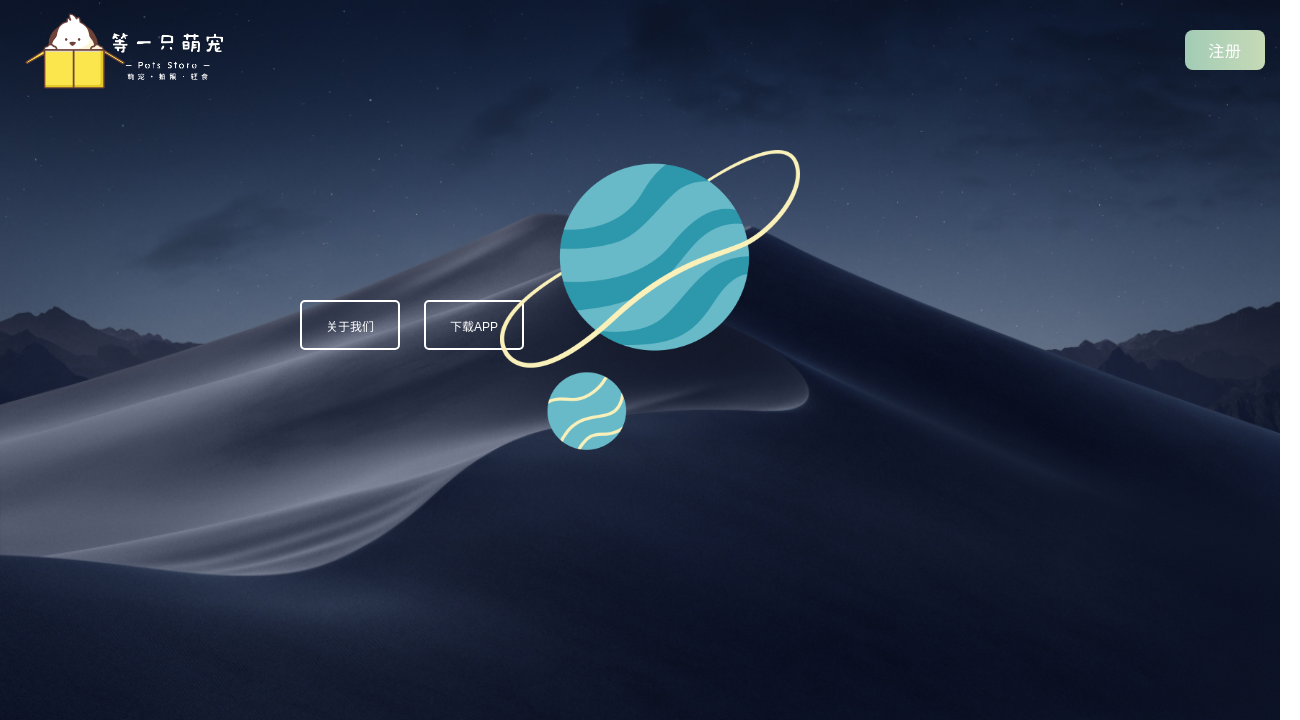
Repository: CHENCHAHA/app-
Page: index.html
These files come from the project's save history. The page is drawn as it stood at one moment and after the next save; the edit follows.
The browser window is 1280 px wide. The page is 1280 px wide, then 1300 px, so the pictures cover 1300 px, including what lies to the right of the window. The pictures show the whole page.

Above is the page before, as saved 2022-02-20 16:30:23.

After the next save:
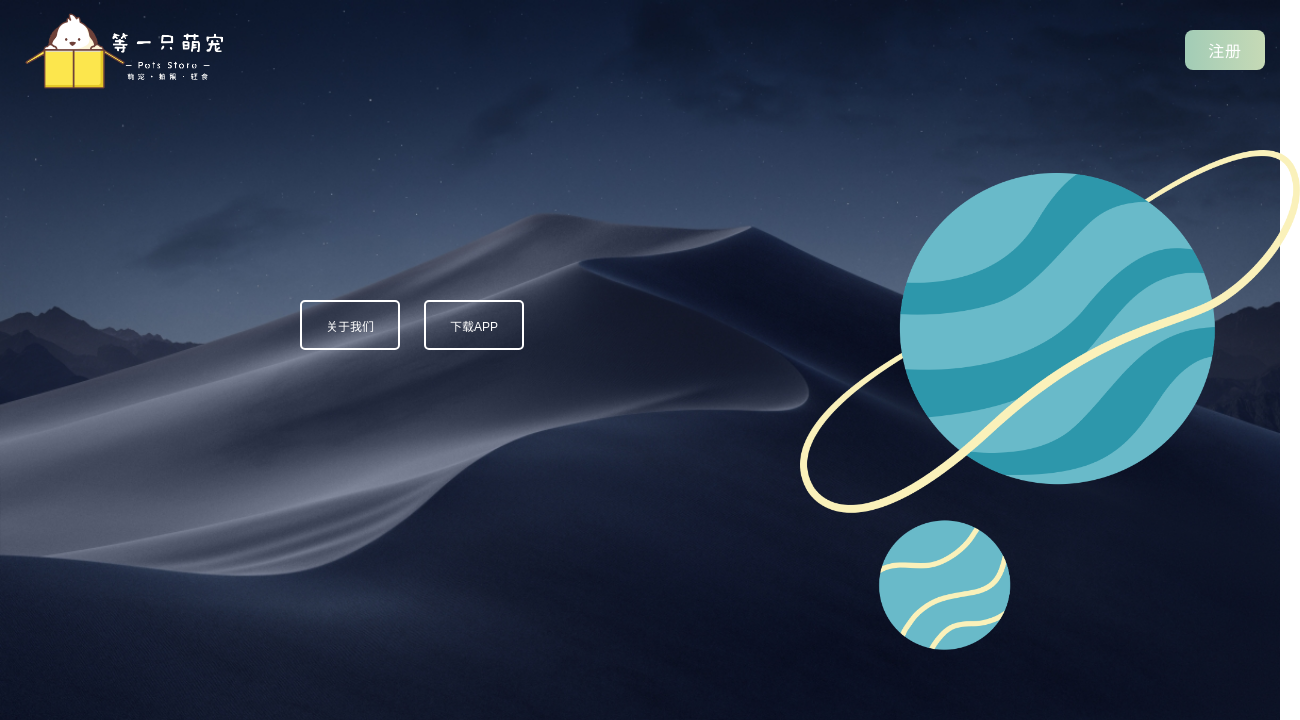
Saved 11 s later.
--- a/css/index.css
+++ b/css/index.css
@@ -105,12 +105,12 @@
 .chahua .duihua {
     position: absolute;
     top: 150px;
-    left: 500px;
+    left: 800px;
 }
 
 .duihua {
-    width: 300px;
-    height: 300px;
+    width: 500px;
+    height: 500px;
 }
 
 .xiazai button {
